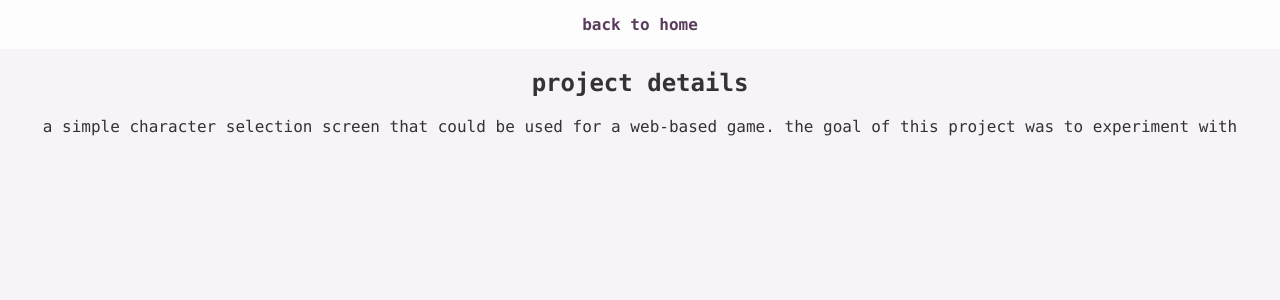
Repository: sarriah/sarriah
Page: pages/project2.html
An editor plug-in stored every save of this project. The page is shown before and after the next save, followed by the edit.
The browser window is 1280 px wide. The pictures show the whole page.

Above is the page before, as saved 2026-05-15 19:51:38.

### pages/project2.html
<!DOCTYPE html>
<html lang="en">
<head>
    <meta charset="UTF-8">
    <meta name="viewport" content="width=device-width, initial-scale=1.0">
    <title>PROJECT 2</title>
</head>
    <style>
/* pasting some things from style.css*/
body {
    margin: 0;
    font-family:  Consolas, Arial, Verdana, sans-serif;
    background: #f7f3f9;
    color: #333;
    text-align: center;

}


font-face {
    font-family: Consolas;
    src: url('../fonts/Consolas.ttf') format('truetype');
    font-weight: normal;
    font-style: normal;
}

.navBar:hover {
    color: #b587cf;
}

nav {
    display: flex;
    justify-content: center;
    gap: 15px;
    padding: 15px;
    background: #ffffffcc;
    backdrop-filter: blur(5px);
    position: sticky;
    top: 0;
}

.navBar {
    text-decoration: none;
    color: #5a3d5c;
    font-weight: bold;
    font-size: 16px;
}

    </style>

<body>

    <nav>

        <a class="navBar" href="../homepage.html">back to home</a>

    </nav>

    <H2>project details</H2>
    <p>a simple character selection screen that could be used for a web-based game. the goal of this project was to experiment with </p>

</body>
</html>

After the next save:
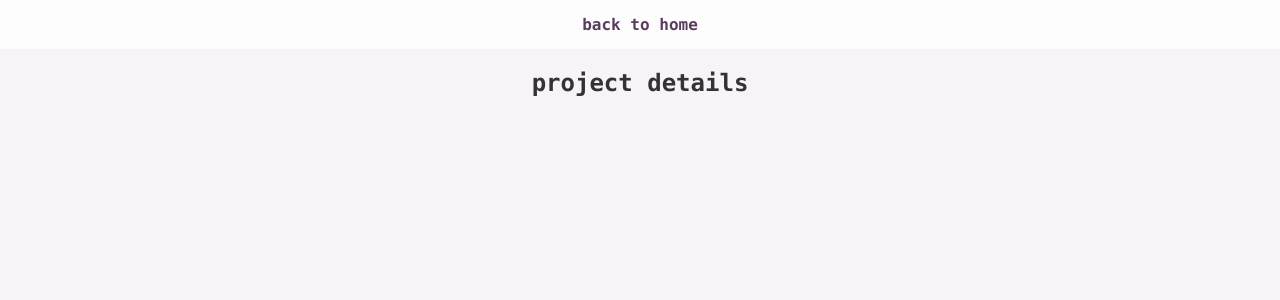
Saved 8 s later.
--- a/pages/project2.html
+++ b/pages/project2.html
@@ -57,7 +57,7 @@ nav {
     </nav>
 
     <H2>project details</H2>
-    <p>a simple character selection screen that could be used for a web-based game. the goal of this project was to experiment with </p>
+    <p></p>
 
 </body>
 </html>
